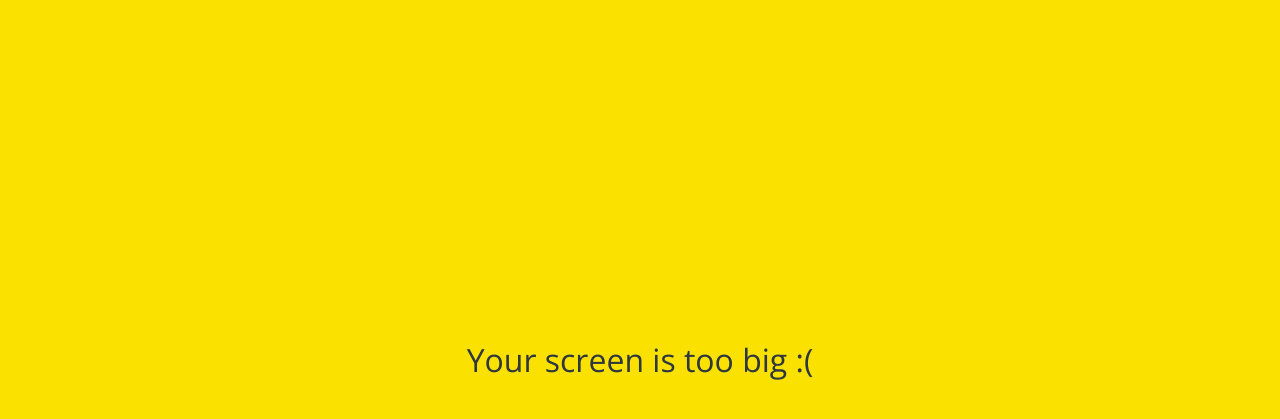
Repository: mjey14/kokoa-clone-2024-08
Page: friends.html
An editor plug-in stored every save of this project. The page is shown before and after the next save, followed by the edit.
The browser window is 1280 px wide. The pictures show the whole page.
Pictures or frames that could not be fetched are drawn as grey boxes. Some web libraries are served in a nearby version.

Above is the page before, as saved 2024-08-25 21:14:57.

### friends.html
<!DOCTYPE html>
<html lang="en">
  <head>
    <link rel="stylesheet" href="css/styles.css" />
    <meta charset="UTF-8" />
    <meta name="viewport" content="width=device-width, initial-scale=1.0" />
    <title>Friends - KokoaClone</title>
  </head>
  <body>
    <div class="status-bar">
      <div class="status-bar__column">
        <span>No Service</span>
        <i class="fa-solid fa-wifi fa-sm"></i>
      </div>
      <div class="status-bar__column">
        <span>15:09</span>
      </div>
      <div class="status-bar__column">
        <span>22%</span>
        <i class="fa-solid fa-battery-quarter fa-lg"></i>
        <i class="fa-solid fa-bolt fa-sm"></i>
      </div>
    </div>

    <header class="screen-header">
      <h1 class="screen-header__title">Friends</h1>
      <div class="screen-header__icons">
        <span><i class="fa-solid fa-magnifying-glass fa-lg"></i></span>
        <span><i class="fa-solid fa-music fa-lg"></i></span>
        <span><i class="fa-solid fa-gear fa-lg"></i></span>
      </div>
    </header>

    <a id="friends-display-link">
      <i class="fa-solid fa-circle-info"></i> Friends' Names Display
      <i class="fa-solid fa-chevron-right fa-xs"></i>
    </a>
    <main class="friends-screen">
      <div class="user-component">
        <div class="user-component__column">
          <img
            class="user-component__avatar user-component__avatar--xl"
            src="https://cdn.britannica.com/72/170772-050-D52BF8C2/Avocado-fruits.jpg"
          />
          <div class="user-component__text">
            <h4 class="user-component__title">Avocado</h4>
            <!-- <h6 class="user-component__subtitle">this text whatever</h6> -->
          </div>
        </div>
        <div class="user-component__column"></div>
      </div>
      <div class="friends-screen__channel">
        <div class="friends-screen__channel-header">
          <span>Channel</span>
          <i class="fa-solid fa-chevron-up fa-xs"></i>
        </div>
        <div class="user-component">
          <div class="user-component__column">
            <img
              class="user-component__avatar user-component__avatar--sm"
              src="https://images-eds-ssl.xboxlive.com/image?url=4rt9.lXDC4H_93laV1_eHM0OYfiFeMI2p9MWie0CvL99U4GA1gf6_kayTt_kBblFwHwo8BW8JXlqfnYxKPmmBcX6wYOjOFZaAfhmaS_qZ1Fqa5spxZBglj79LxCVcqkrja1mDd8qYRhx1Gss.ZBMJKs4hKtI19wwOFsNnB53F1U-&format=source&h=576"
            />
            <div class="user-component__text">
              <h4 class="user-component__title user-component__title--not-bold">
                Channel
              </h4>
              <!-- <h6 class="user-component__subtitle">this text whatever</h6> -->
            </div>
          </div>
          <div class="user-component__column">
            <div>
              <span>2</span> <i class="fa-solid fa-chevron-right fa-xs"></i>
            </div>
          </div>
        </div>
      </div>
    </main>

    <nav class="nav">
      <ul class="nav__list">
        <li class="nav__btn">
          <a class="nav__link" href="friends.html"
            ><i class="fa-solid fa-user fa-2x"></i
          ></a>
        </li>
        <li class="nav__btn">
          <a class="nav__link" href="chats.html">
            <span class="nav__notification badge">1</span>
            <i class="fa-regular fa-comment fa-2x"></i
          ></a>
        </li>
        <li class="nav__btn">
          <a class="nav__link" href="find.html"
            ><i class="fa-solid fa-magnifying-glass fa-2x"></i
          ></a>
        </li>
        <li class="nav__btn">
          <a class="nav__link" href="more.html">
            <div class="nav__newbadge"></div>
            <i class="fa-solid fa-ellipsis fa-2x"></i
          ></a>
        </li>
      </ul>
    </nav>

    <div id="splash-screen">
      <i class="fas fa-comment"></i>
    </div>
    <div id="no-mobile">
      <span>Your screen is too big :(</span>
    </div>

    <script
      src="https://kit.fontawesome.com/2eddee84de.js"
      crossorigin="anonymous"
    ></script>
  </body>
</html>

### css/styles.css
@import url("https://fonts.googleapis.com/css2?family=Open+Sans:ital,wght@0,300..800;1,300..800&display=swap");
@import "reset.css";
@import "variables.css";

/* Components */
@import "components/status-bar.css";
@import "components/nav-bar.css";
@import "components/screen-header.css";
@import "components/user-component.css";
@import "components/badge.css";
@import "components/icon-row.css";
@import "components/alt-screen-header.css";
@import "components/no-mobile.css";

/* Screens */
@import "screens/login.css";
@import "screens/friends.css";
@import "screens/find.css";
@import "screens/more.css";
@import "screens/settings.css";
@import "screens/chat.css";

body {
  font-family: "Open Sans", sans-serif;
  color: #2e363e;
}

.main-screen {
  padding: 0px var(--horizontal-space);
}

### css/components/status-bar.css
.status-bar {
  display: flex;
  justify-content: center;
  padding: 5px 3px;
  position: fixed;
  top: 0px;
  width: 100%;
  box-sizing: content-box;
}

.status-bar__column {
  width: 33%;
}

.status-bar__column:first-child span {
  margin-right: 5px;
}

.status-bar__column:nth-child(2) {
  display: flex;
  justify-content: center;
}

.status-bar__column:last-child {
  display: flex;
  justify-content: flex-end;
  align-items: center;
}

.status-bar__column .fa-battery-quarter {
  margin: 0px 5px;
}

### css/components/nav-bar.css
.nav {
  position: fixed;
  bottom: 0px;
  width: 100%;
  background-color: #f9f9fa;
  padding: 20px 50px;
  box-sizing: border-box;
  border-top: var(--main-border);
}

.nav__list {
  display: flex;
  justify-content: space-between;
}

.nav__link {
  color: #2e363e;
  position: relative;
}

@keyframes notificationAnimation {
  0% {
    transform: none;
  }
  50% {
    transform: translateY(-5px) rotateY(360deg);
  }
  100% {
    transform: none;
  }
}

.nav__notification {
  position: absolute;
  left: 20px;
  bottom: 15px;
  animation: notificationAnimation 2s ease-in-out infinite;
}

@keyframes appearBtnAnimation {
  from {
    opacity: 0;
  }
  to {
    opacity: 1;
    transform: none;
  }
}

.nav__btn {
  transform: translateY(50px);
  opacity: 0;
  animation: appearBtnAnimation 0.3s ease-in-out forwards;
}

.nav__btn:nth-child(2) {
  animation-delay: 0.2s;
}
.nav__btn:nth-child(3) {
  animation-delay: 0.5s;
}
.nav__btn:last-child {
  animation-delay: 0.8s;
}

.nav__newbadge {
  background-color: tomato;
  width: 5px;
  height: 5px;
  border-radius: 50%;
  display: flex;
  justify-content: center;
  align-items: center;
  position: absolute;
  left: 30px;
  bottom: 30px;
}

### css/components/screen-header.css
.screen-header {
  display: flex;
  justify-content: space-between;
  align-items: center;
  padding: var(--horizontal-space);
  margin-top: 20px;
  margin-bottom: 15px;
}

.screen-header__title {
  font-size: 32px;
  font-weight: 600;
}

.screen-header__icons span {
  margin-left: 25px;
}

@keyframes rotateCog {
  from {
    transform: none;
  }
  to {
    transform: rotateZ(360deg);
  }
}

.screen-header__icons .fa-gear:hover {
  animation: rotateCog 1s linear infinite;
}

.screen-header__icons {
  position: relative;
}

.screen-header__newbadge {
  background-color: tomato;
  width: 5px;
  height: 5px;
  border-radius: 50%;
  display: flex;
  justify-content: center;
  align-items: center;
  position: absolute;
  right: -5px;
  top: -5px;
}

### css/components/user-component.css
.user-component {
  justify-content: space-between;
  margin-bottom: 25px;
}

.user-component,
.user-component__column:first-child {
  display: flex;
  align-items: center;
}

.user-component__avatar {
  width: 70px;
  height: 70px;
  border: 1px solid rgba(0, 0, 0, 0.1);
  border-radius: 27px;
  margin-right: 20px;
}

.user-component__title {
  font-weight: 600;
  font-size: 22px;
}

.user-component__subtitle {
  margin-top: 8px;
  font-size: 17px;
  color: var(--gray);
}

.user-component__subtitle i {
  color: var(--gray);
  margin-left: 2px;
}

.user-component__avatar--xl {
  width: 80px;
  height: 80px;
}

.user-component__avatar--sm {
  width: 60px;
  height: 60px;
  border-radius: 25px;
}

.user-component__title--not-bold {
  font-weight: 400;
}

.user-component__column:last-child {
  color: var(--gray);
  display: flex;
  flex-direction: column;
  align-items: end;
}

.user-component__time {
  margin-bottom: 5px;
  display: block;
}

### css/components/badge.css
.badge {
  background-color: tomato;
  color: white;
  font-weight: 600;
  width: 25px;
  height: 25px;
  border-radius: 50%;
  display: flex;
  justify-content: center;
  align-items: center;
}

### css/components/alt-screen-header.css
.alt-header {
  padding: var(--horizontal-space);
  margin-top: 20px;
  margin-bottom: 15px;
  display: flex;
  align-items: center;
  justify-content: center;
}

.alt-header__column {
  width: 33%;
}

.alt-header__title {
  font-size: 28px;
  font-weight: 600;
}

.alt-header__column:first-child {
  margin-right: auto;
}

.alt-header__column:nth-child(2) {
  text-align: center;
}

.alt-header__column:last-child {
  margin-left: auto;
  display: flex;
  justify-content: flex-end;
}

.alt-header__column span:last-child {
  margin-left: 20px;
}

### css/components/no-mobile.css
#no-mobile {
  position: absolute;
  z-index: 99;
  height: 100vh;
  width: 100vw;
  background-color: var(--yellow);
  display: flex;
  top: 0px;
  justify-content: center;
  align-items: center;
  font-size: 32px;
}

@media screen and (max-width: 645px) {
  #no-mobile {
    display: none;
  }
}

### css/screens/login.css
.welcome-header {
  margin: 90px 0px;
  text-align: center;
  display: flex;
  flex-direction: column;
  align-items: center;
}

.welcome-header__title {
  margin-bottom: 20px;
  font-size: 25px;
}

.welcome-header__text {
  width: 60%;
  opacity: 0.7;
}

#login-form {
  display: flex;
  flex-direction: column;
  margin: 0px 30px;
}

#login-form input {
  border: none;
  padding: 15px 0px;
  font-size: 18px;
  margin-bottom: 25px;
}

#login-form input:not([type="submit"]) {
  border-bottom: 1px solid rgba(0, 0, 0, 0.2);
  transition: border-color 0.3s ease-in-out;
}

#login-form input::placeholder {
  color: rgba(0, 0, 0, 0.4);
}

#login-form input:focus {
  border-color: var(--yellow);
}

#login-form input[type="submit"] {
  background-color: var(--yellow);
  cursor: pointer;
  padding: 15px 0px;
  border-radius: 5px;
}

#login-form a {
  text-align: center;
  text-decoration: none;
  color: inherit;
  font-size: 13px;
}

### css/screens/friends.css
#friends-display-link {
  text-align: center;
  display: block;
  background-color: #fafafa;
  padding: 15px 0px;
  font-size: 18px;
  margin-bottom: 25px;
  margin-top: -10px;
}

#friends-display-link i {
  color: rgba(0, 0, 0, 0.3);
}

.friends-screen {
  padding: 0px var(--horizontal-space);
}

.friends-screen__channel {
  border-top: var(--main-border);
  padding-top: 25px;
}

.friends-screen__channel-header {
  margin-bottom: 25px;
  display: flex;
  justify-content: space-between;
  color: var(--gray);
  font-size: 14px;
}

@keyframes hideSplashScreen {
  from {
    opacity: 1;
  }
  to {
    opacity: 0;
    visibility: hidden;
  }
}

#splash-screen {
  background-color: var(--yellow);
  position: absolute;
  height: 100vh;
  width: 100vw;
  top: 0;
  display: flex;
  justify-content: center;
  align-items: center;
  font-size: 132px;
  animation: hideSplashScreen 0.3s ease-in-out forwards;
  animation-delay: 2s;
}

### css/screens/find.css
.recommended-friends {
  margin: 25px 0px;
  padding: 25px 0px;
  border-top: var(--main-border);
  border-bottom: var(--main-border);
}

.recommended-friends__title {
  font-size: 14px;
  color: var(--gray);
}

.recommended-friends span {
  display: block;
  margin: 100px 0px;
  text-align: center;
  font-size: 16px;
  color: var(--gray);
}

.open-chat__header {
  display: flex;
  justify-content: space-between;
  font-size: 14px;
  color: var(--gray);
  margin-bottom: 25px;
}

.open-chat__header span {
  opacity: 0.8;
}

.open-post {
  display: flex;
  justify-content: space-between;
  align-items: center;
}

.open-post__title {
  font-weight: 600;
  margin-bottom: 10px;
}

.open-post__hashtags {
  text-transform: uppercase;
  color: var(--gray);
}

.open-post__members {
  margin-top: 7px;
  display: flex;
  align-items: center;
}

.open-post__members img {
  width: 15px;
  height: 15px;
  border-radius: 50%;
  margin-right: 5px;
}

.open-post__members-count {
  color: var(--gray);
  font-size: 14px;
}

.open-post__members .divider {
  width: 1px;
  height: 12px;
  margin: 0px 5px;
  background-color: var(--gray);
}

.open-post__members-status {
  color: #ffb0e0;
}

.open-post__photo {
  position: relative;
}

.open-post__photo img {
  width: 120px;
  height: 120px;
  border-radius: 10px;
}

.open-post__heart-count {
  background-color: rgba(0, 0, 0, 0.5);
  color: white;
  padding: 5px;
  border-radius: 20px;
  display: flex;
  align-items: center;
  position: absolute;
  bottom: 10px;
  right: 10px;
  font-size: 14px;
}

.open-post__heart-count span {
  margin-left: 5px;
  margin-right: 2px;
}

@keyframes heartBeat {
  0% {
    color: white;
    transform: none;
  }
  50% {
    color: tomato;
    transform: scale(1.5);
  }
  100% {
    color: white;
    transform: none;
  }
}

.open-post__heart-count:hover i {
  will-change: transform;
  animation: heartBeat 1s linear infinite;
}

### css/screens/more.css
.more-screen .icon-row {
  margin-bottom: 40px;
}

.more-suggestions {
  margin-top: 50px;
  border-top: var(--main-border);
  padding-top: 40px;
}

.more-suggestions__title {
  margin-bottom: 30px;
}

.more-suggestions__icons {
  display: flex;
}

.more-suggestions__icon {
  margin-right: 30px;
  display: flex;
  flex-direction: column;
  align-items: center;
}

.more-suggestions__icon-image {
  width: 60px;
  height: 60px;
  background-color: var(--yellow);
  border-radius: 10px;
  display: flex;
  justify-content: center;
  align-items: center;
  margin-bottom: 10px;
}

.more-suggestions__icon-image i {
  font-size: 32px;
  color: white;
}

### css/screens/settings.css
.settings__setting {
  padding: 20px 0px;
  border-bottom: 1px solid rgba(0, 0, 0, 0.1);
  font-size: 18px;
  display: flex;
  align-items: center;
  justify-content: space-between;
}

.settings__setting i {
  opacity: 0.8;
  margin-right: 20px;
  font-size: 20px;
}

.settings__setting-column:last-child {
  opacity: 0.7;
}

### css/screens/chat.css
#chat-screen {
  background-color: #abc1d1;
  height: 500vh;
}

#chat-screen .alt-header,
#chat-screen .status-bar {
  top: 0;
  position: fixed;
  width: 100%;
  background-color: #abc1d1;
  box-sizing: border-box;
}

#chat-screen .status-bar {
  z-index: 2;
}

#chat-screen__status-bar {
  background-color: #abc1d1;
}

#chat-screen .alt-header {
  position: fixed;
  width: 100%;
  top: 0;
  box-sizing: border-box;
  background-color: #abc1d1;
  z-index: 1;
}

.main-chat {
  margin-top: 150px;
}

@keyframes fadeIn {
  from {
    transform: translateY(30px);
    opacity: 0;
  }
  to {
    transform: none;
    opacity: 1;
  }
}

.main-chat {
  margin-top: 180px;
  display: flex;
  flex-direction: column;
  align-items: center;
  animation: fadeIn 0.8s linear;
}

.chat__timestamp {
  color: white;
  background-color: #92a4b2;
  padding: 15px;
  font-size: 14px;
  border-radius: 25px;
  margin-bottom: 25px;
}

.message-row {
  width: 100%;
  display: flex;
  margin-bottom: 25px;
}

.message-row img {
  width: 50px;
  height: 50px;
  border-radius: 50%;
  margin-right: 10px;
}

.message__author {
  margin-bottom: 5px;
  display: block;
}

.message__info {
  display: flex;
  align-items: flex-end;
}

.message__bubble {
  background-color: white;
  padding: 13px;
  font-size: 18px;
  border-radius: 15px;
  border-top-left-radius: 0px;
  margin-right: 5px;
}

.message__time,
.message__author {
  opacity: 0.8;
  font-size: 14px;
}
.message-row--own {
  justify-content: flex-end;
}

.message-row--own .message__bubble {
  background-color: var(--yellow);
  border-top-right-radius: 0px;
  border-top-left-radius: 15px;
  margin-right: 0px;
  margin-left: 5px;
}

.message-row--own .message__info {
  flex-direction: row-reverse;
}

.reply {
  position: fixed;
  bottom: 0;
  width: 100%;
  background-color: white;
  display: flex;
  justify-content: space-between;
  padding: 5px 25px;
  box-sizing: border-box;
  align-items: center;
  transition: all 0.3s ease-in-out;
}

.reply .reply__column:first-child {
  width: 10%;
}
.reply .reply__column:last-child {
  width: 90%;
  position: relative;
}

.reply i {
  opacity: 0.5;
}

.reply input {
  padding: 12px;
  width: 100%;
  border: var(--main-border);
  border-radius: 25px;
  box-sizing: border-box;
  transition: all 0.3s ease-in-out;
}

.reply__column:last-child > i,
.reply__column:last-child button {
  position: absolute;
  right: 3px;
  top: 3px;
}

.reply__column:last-child > i {
  right: 50px;
  top: 20px;
}

.reply__column button {
  background-color: var(--yellow);
  border: none;
  width: 35px;
  height: 35px;
  border-radius: 50%;
  font-size: 16px;
}

.reply__column button i {
  opacity: 1;
}
.reply__column button:focus,
.reply__column button:active {
  outline: none;
}

.reply .reply__column:first-child,
.reply .fa-smile-wink,
.reply button {
  transition: opacity 0.3s ease-in-out;
}

.reply:focus-within .reply__column:first-child,
.reply:focus-within .fa-smile-wink,
.reply:focus-within button {
  opacity: 0;
}

.reply:focus-within input {
  width: 98vw;
  transform: translateX(-13%) translateY(-80px);
}

.reply:focus-within {
  transform: translateY(80px);
}

Loaded but not shown: css/reset.css (common file); css/variables.css (common file); css/components/icon-row.css (common file)

After the next save:
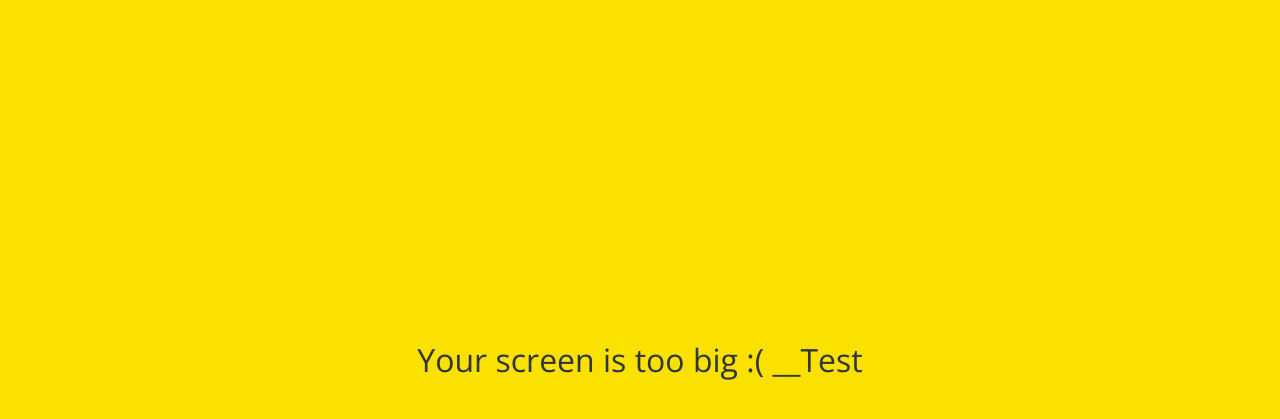
Saved 9 min 14 s later.
--- a/friends.html
+++ b/friends.html
@@ -107,7 +107,7 @@
       <i class="fas fa-comment"></i>
     </div>
     <div id="no-mobile">
-      <span>Your screen is too big :(</span>
+      <span>Your screen is too big :( __Test</span>
     </div>
 
     <script

After the save that followed:
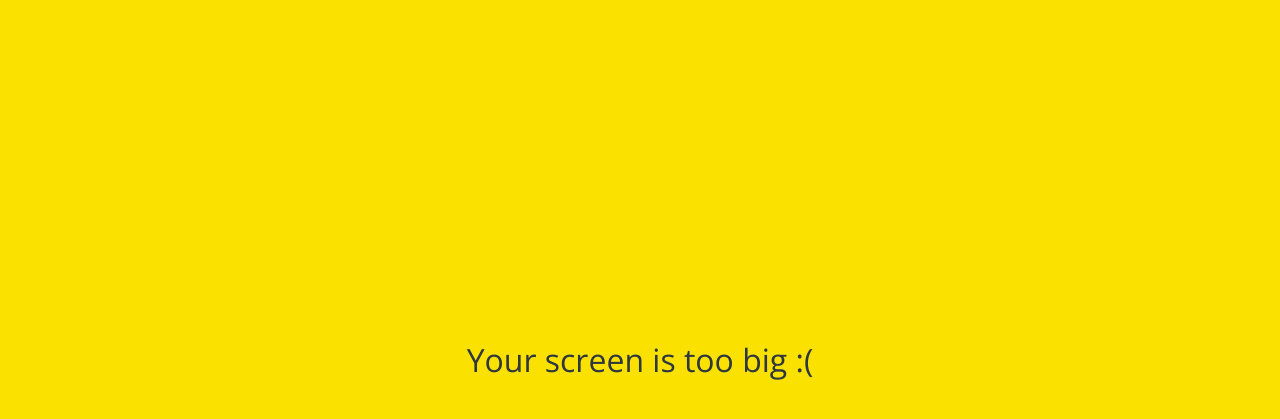
Saved 38 s later.
--- a/friends.html
+++ b/friends.html
@@ -107,7 +107,7 @@
       <i class="fas fa-comment"></i>
     </div>
     <div id="no-mobile">
-      <span>Your screen is too big :( __Test</span>
+      <span>Your screen is too big :(</span>
     </div>
 
     <script
